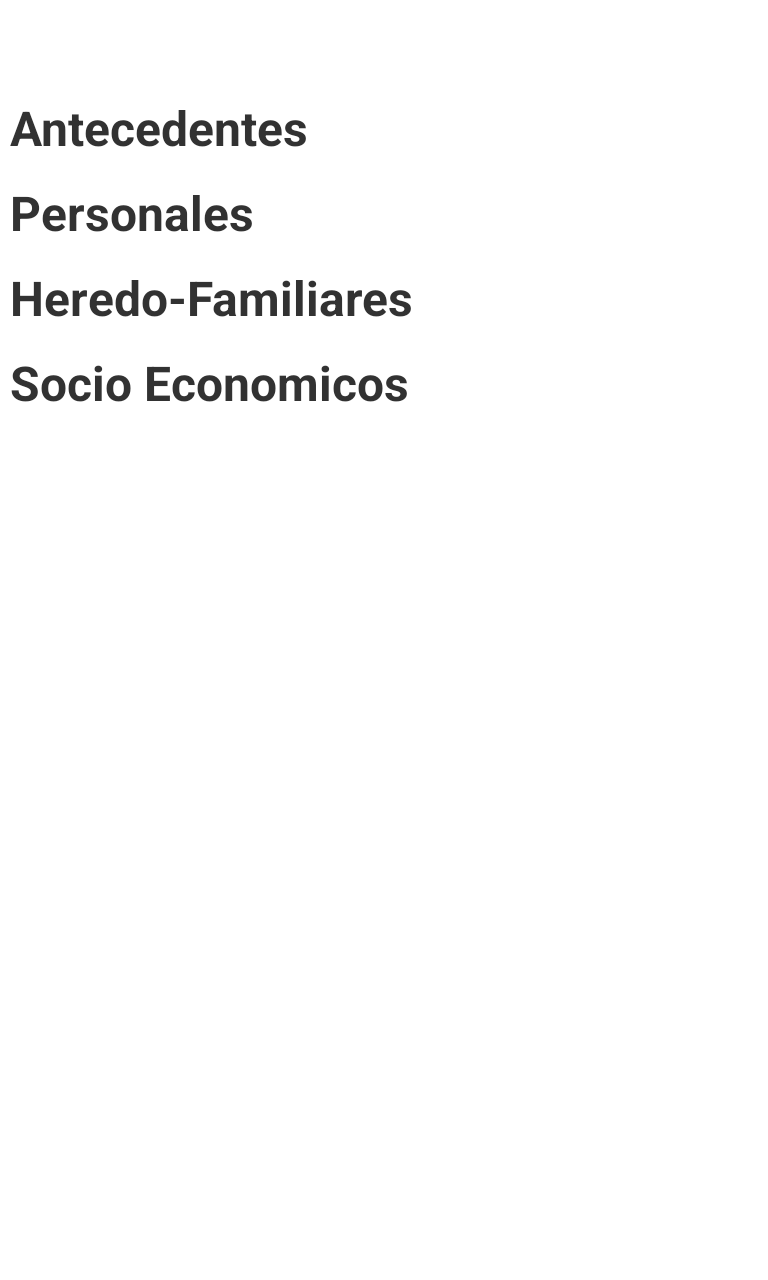
Repository: kakusio/AndoidMedics
Layout: NfcAndroidCliente/res/layout/historial_medico.xml
The author's editor kept a copy of each file at every save. The layout is drawn from the files as they stood at one save, then again after the next save.
It is drawn on a 768 x 1280 px phone screen (xhdpi) without system bars, with theme AppTheme; the app's code is not run. Lists and similar views that code fills are empty.

Above is the layout before, as saved 2013-04-14 15:02:06.

### NfcAndroidCliente/res/layout/historial_medico.xml
<?xml version="1.0" encoding="UTF-8"?>
<LinearLayout xmlns:android="http://schemas.android.com/apk/res/android"
    android:layout_width="fill_parent"
    android:layout_height="fill_parent"
    android:orientation="vertical" >

    <TextView
        android:id="@+id/nombreUsuario"
        android:layout_width="match_parent"
        android:layout_height="wrap_content"
        android:textSize="24sp"
        android:textStyle="bold"
        android:layout_margin="5dp" />

    <TextView
        android:id="@+id/antecedentesTest"
        android:layout_width="match_parent"
        android:layout_height="wrap_content"
        android:textSize="24sp"
        android:textStyle="bold"
        android:layout_margin="5dp"
        android:text="Antecedentes" />

    <TextView
        android:id="@+id/Personales"
        android:layout_width="match_parent"
        android:layout_height="wrap_content"
        android:textSize="24sp"
        android:textStyle="bold"
        android:layout_margin="5dp"
        android:text="Personales" />

    <LinearLayout
         android:id="@+id/Personaleslayout"
        android:layout_width="match_parent"
        android:layout_height="wrap_content"
        android:orientation="vertical" >
    </LinearLayout>

    <TextView
        android:id="@+id/heredoFamiliares"
        android:layout_width="match_parent"
        android:layout_height="wrap_content"
        android:textSize="24sp"
        android:textStyle="bold"
        android:layout_margin="5dp"
        android:text="Heredo-Familiares" />

    <LinearLayout
        android:id="@+id/heredoFamiliaresLayout"
        android:layout_width="match_parent"
        android:layout_height="wrap_content"
        android:orientation="vertical" >
    </LinearLayout>

    <TextView
        android:id="@+id/socioEconomicos"
        android:layout_width="match_parent"
        android:layout_height="wrap_content"
        android:textSize="24sp"
        android:textStyle="bold"
        android:layout_margin="5dp"
        android:text="Socio Economicos" />

    <LinearLayout
        android:id="@+id/socioEconomicosLayout"
        android:layout_width="match_parent"
        android:layout_height="wrap_content"
        android:orientation="vertical" >
    </LinearLayout>

    <ListView
        android:id="@+id/listView"
        android:layout_width="match_parent"
        android:layout_height="wrap_content" >
    </ListView>
</LinearLayout>

Loaded but not shown: NfcAndroidCliente/res/values-v11/styles.xml (common file); NfcAndroidCliente/res/values-v14/styles.xml (common file); NfcAndroidCliente/res/values/styles.xml (common file)

After the next save:
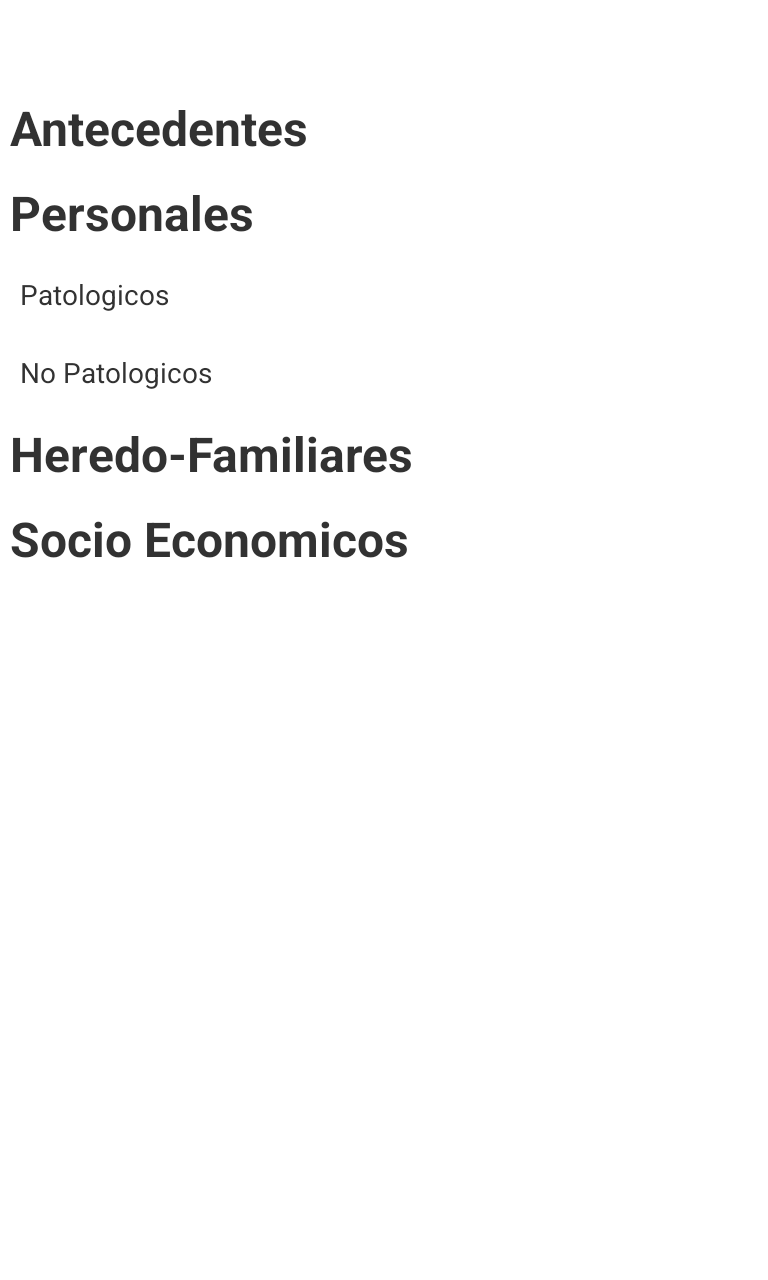
Saved 8 min 10 s later.
--- a/NfcAndroidCliente/res/layout/historial_medico.xml
+++ b/NfcAndroidCliente/res/layout/historial_medico.xml
@@ -8,70 +8,99 @@
         android:id="@+id/nombreUsuario"
         android:layout_width="match_parent"
         android:layout_height="wrap_content"
+        android:layout_margin="5dp"
         android:textSize="24sp"
-        android:textStyle="bold"
-        android:layout_margin="5dp" />
+        android:textStyle="bold" />
 
     <TextView
         android:id="@+id/antecedentesTest"
         android:layout_width="match_parent"
         android:layout_height="wrap_content"
+        android:layout_margin="5dp"
+        android:text="Antecedentes"
         android:textSize="24sp"
-        android:textStyle="bold"
-        android:layout_margin="5dp"
-        android:text="Antecedentes" />
+        android:textStyle="bold" />
 
     <TextView
         android:id="@+id/Personales"
         android:layout_width="match_parent"
         android:layout_height="wrap_content"
+        android:layout_margin="5dp"
+        android:text="Personales"
         android:textSize="24sp"
-        android:textStyle="bold"
-        android:layout_margin="5dp"
-        android:text="Personales" />
-
+        android:textStyle="bold" />
     <LinearLayout
-         android:id="@+id/Personaleslayout"
+        android:id="@+id/Personaleslayout"
         android:layout_width="match_parent"
         android:layout_height="wrap_content"
         android:orientation="vertical" >
+
+        <TextView
+            android:id="@+id/patologicos"
+            android:layout_width="match_parent"
+            android:layout_height="wrap_content"
+            android:layout_margin="10dp"
+            android:text="Patologicos" />
+        <ListView
+            android:id="@+id/patologicosList"
+            android:layout_width="match_parent"
+            android:layout_height="wrap_content" >
+        </ListView>
+
+
+        <TextView
+            android:id="@+id/noPatologicos"
+            android:layout_width="match_parent"
+            android:layout_height="wrap_content"
+            android:layout_margin="10dp"
+            android:text="No Patologicos" />
+        <ListView
+            android:id="@+id/noPatologicosList"
+            android:layout_width="match_parent"
+            android:layout_height="wrap_content" >
+        </ListView>
     </LinearLayout>
 
     <TextView
         android:id="@+id/heredoFamiliares"
         android:layout_width="match_parent"
         android:layout_height="wrap_content"
+        android:layout_margin="5dp"
+        android:text="Heredo-Familiares"
         android:textSize="24sp"
-        android:textStyle="bold"
-        android:layout_margin="5dp"
-        android:text="Heredo-Familiares" />
-
+        android:textStyle="bold" />
     <LinearLayout
         android:id="@+id/heredoFamiliaresLayout"
         android:layout_width="match_parent"
         android:layout_height="wrap_content"
         android:orientation="vertical" >
+
+        <ListView
+            android:id="@+id/heredoFamiliaresList"
+            android:layout_width="match_parent"
+            android:layout_height="wrap_content" >
+        </ListView>
     </LinearLayout>
 
     <TextView
         android:id="@+id/socioEconomicos"
         android:layout_width="match_parent"
         android:layout_height="wrap_content"
+        android:layout_margin="5dp"
+        android:text="Socio Economicos"
         android:textSize="24sp"
-        android:textStyle="bold"
-        android:layout_margin="5dp"
-        android:text="Socio Economicos" />
-
+        android:textStyle="bold" />
     <LinearLayout
         android:id="@+id/socioEconomicosLayout"
         android:layout_width="match_parent"
         android:layout_height="wrap_content"
         android:orientation="vertical" >
+
+        <ListView
+            android:id="@+id/socioEconomicosList"
+            android:layout_width="match_parent"
+            android:layout_height="wrap_content" >
+        </ListView>
     </LinearLayout>
 
-    <ListView
-        android:id="@+id/listView"
-        android:layout_width="match_parent"
-        android:layout_height="wrap_content" >
-    </ListView>
 </LinearLayout>
